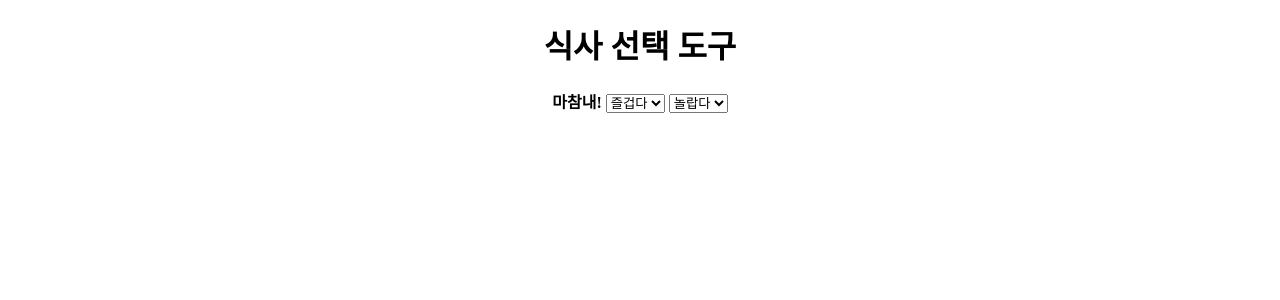
Repository: kimgh06/JavaWeb
Page: http://localhost/what/
These files come from the project's save history. The page is drawn as it stood at one moment and after the next save; the edit follows.
The browser window is 1280 px wide. The pictures show the whole page.
The page is served by Tomcat 9.

Above is the page before, as saved 2022-11-03 02:17:10.

After the next save:
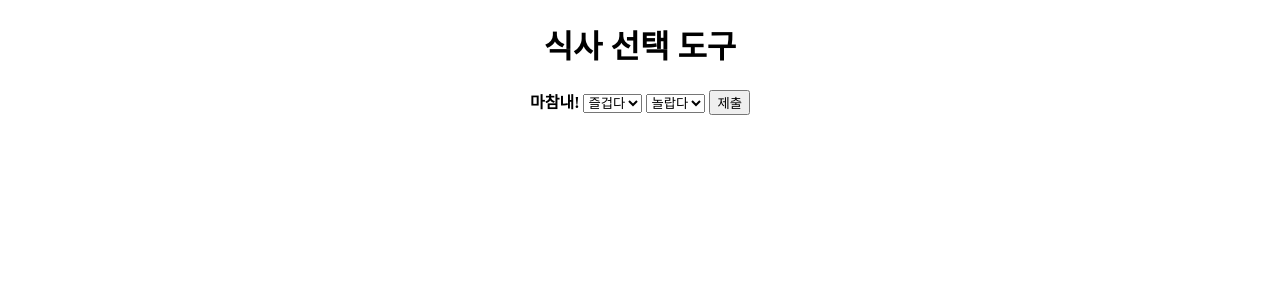
Saved 11 s later.
--- a/what/src/main/webapp/index.jsp
+++ b/what/src/main/webapp/index.jsp
@@ -19,6 +19,7 @@
 		<select>
 			<option>놀랍다</option>
 		</select>
+		<button>제출</button>
 	</div>
 </body>
 </html>
